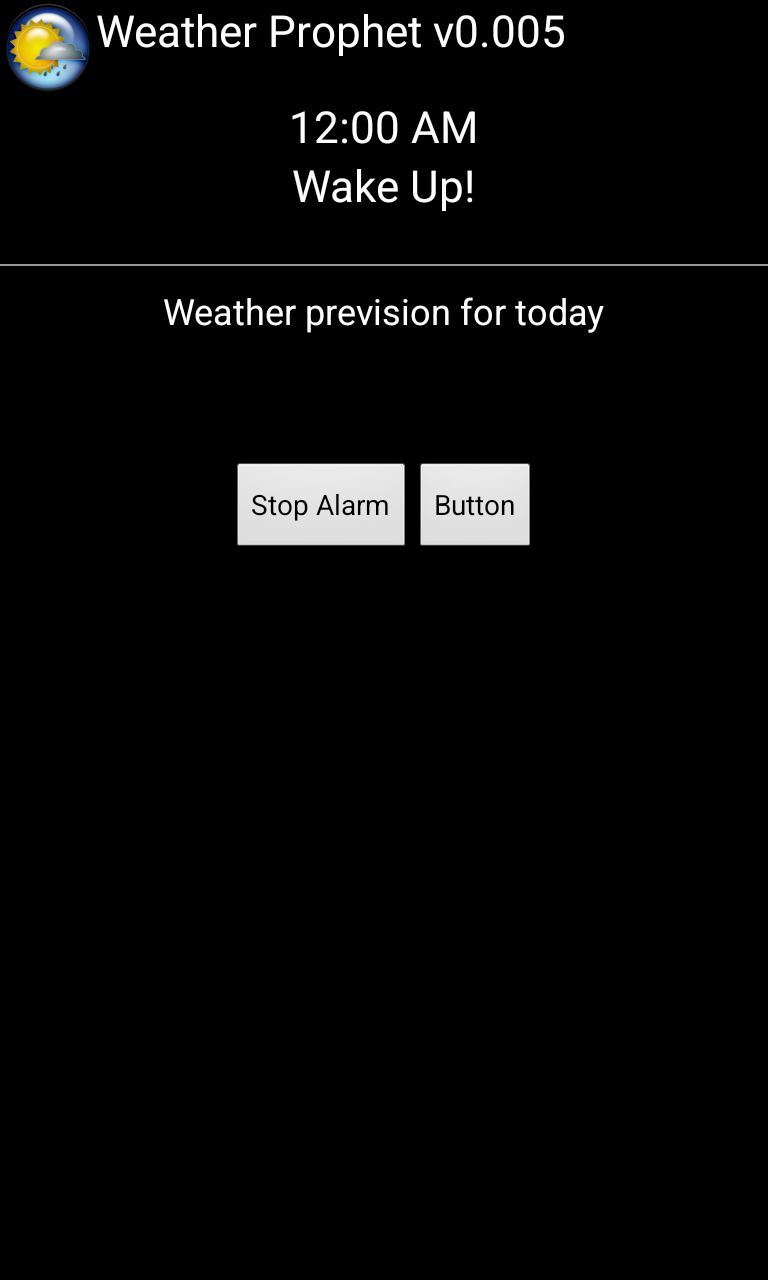
Repository: kaleidos/Weather-Prophet
Layout: android/WeatherProphet/res/layout/showalarm.xml
These files come from the project's save history. The layout is drawn as it stood at one moment and after the next save; the edit follows.
It is drawn on a 768 x 1280 px phone screen (xhdpi) without system bars, with theme android:Theme; the app's code is not run.

Above is the layout before, as saved 2011-12-16 09:14:07.

### android/WeatherProphet/res/layout/showalarm.xml
<?xml version="1.0" encoding="utf-8"?>
<LinearLayout xmlns:android="http://schemas.android.com/apk/res/android"
    android:layout_width="fill_parent"
    android:layout_height="fill_parent"
    android:gravity="center_horizontal"
    android:orientation="vertical" >

    <LinearLayout
        android:layout_width="fill_parent"
        android:layout_height="wrap_content"
        android:gravity="fill_horizontal" >

        <ImageView
            android:id="@+id/imageView1"
            android:layout_width="wrap_content"
            android:layout_height="wrap_content"
            android:src="@drawable/ic_weather_prophet"
            android:textAppearance="?android:attr/textAppearanceMedium" />

        <TextView
            android:layout_width="fill_parent"
            android:layout_height="wrap_content"
            android:text="@string/hello"
            android:textAppearance="?android:attr/textAppearanceLarge" />
    </LinearLayout>

    <DigitalClock
        android:id="@+id/digitalClock1"
        android:layout_width="wrap_content"
        android:layout_height="wrap_content"
        android:text="DigitalClock"
        android:textAppearance="?android:attr/textAppearanceLarge" />

    <TextView
        android:id="@+id/textView1"
        android:layout_width="wrap_content"
        android:layout_height="wrap_content"
        android:text="@string/wake_up"
        android:textAppearance="?android:attr/textAppearanceLarge" />

    <ImageView
        android:id="@+id/imageView1"
        android:layout_width="fill_parent"
        android:layout_height="1dp"
        android:layout_marginBottom="10dp"
        android:layout_marginTop="25dp"
        android:background="#999999" />

    <TextView
        android:id="@+id/textView2"
        android:layout_width="wrap_content"
        android:layout_height="wrap_content"
        android:text="@string/prevision"
        android:textAppearance="?android:attr/textAppearanceMedium" />

    <TextView
        android:id="@+id/txtPrevisionPretty"
        android:layout_width="wrap_content"
        android:layout_height="wrap_content"
        android:text=""
        android:textAppearance="?android:attr/textAppearanceSmall" />

    <TextView
        android:id="@+id/txtPrevisionProb"
        android:layout_width="wrap_content"
        android:layout_height="wrap_content"
        android:text=""
        android:textAppearance="?android:attr/textAppearanceSmall" />

    <LinearLayout
        android:id="@+id/linearLayout1"
        android:layout_width="fill_parent"
        android:layout_height="wrap_content"
        android:layout_marginTop="25dp"
        android:gravity="center_horizontal" >

        <Button
            android:id="@+id/button1"
            android:layout_width="wrap_content"
            android:layout_height="wrap_content"
            android:onClick="stopAlarm"
            android:text="@string/stop_alarm" />

        <Button
            android:id="@+id/button2"
            android:layout_width="wrap_content"
            android:layout_height="wrap_content"
            android:onClick="snooze"
            android:text="Button" />

    </LinearLayout>

</LinearLayout>

### android/WeatherProphet/res/values/strings.xml
<?xml version="1.0" encoding="utf-8"?>
<resources>

    <string name="hello">Weather Prophet v0.005</string>
    <string name="app_name">WeatherProphet</string>
    <string name="wake_up">Wake Up!</string>
    <string name="stop_alarm">Stop Alarm</string>
    <string name="base_hour">Set your wake up hour</string>
    <string name="time_offset">Set offset</string>
    <string name="minutes">5</string>
    <string name="activate">Activate Wake Up Call</string>
    <string name="save">Save Preferences</string>
    <string name="notification">Show notification icon</string>
    <string name="login">Log In</string>
    <string name="username">User name</string>
    <string name="password">Password</string>
    <string name="submit">Submit</string>
    <string name="rainalarm">Rain Alarm</string>
    <string name="activaterainalarm">Activate Rain Alarm</string>
    <string name="ifrain">If rain probability is higer than</string>
    <string name="wakeme">Wake me earlier</string>
    <string name="morning">Morning</string>
    <string name="evening">Evening</string>
    <string name="night">Night</string>
    <string name="sendmail">Send me an email the day before</string>
    <string name="prevision">Weather prevision for today</string>
    <string name="wipe">Wipe settings from the device</string>
    <string name="about">About</string>
    <string name="web">http://weatherprophet.kaleidos.net</string>
    <string name="close">Close</string>
    <string name="kaleidos">A creation from Kaleidos</string>
    <string name="weatherprophet">Weather Prophet</string>
    <string name="version">v0.005</string>
    <string name="kaleidos_web">http://kaleidos.net</string>
    <string name="snooze">10 more minutes...</string>

</resources>

After the next save:
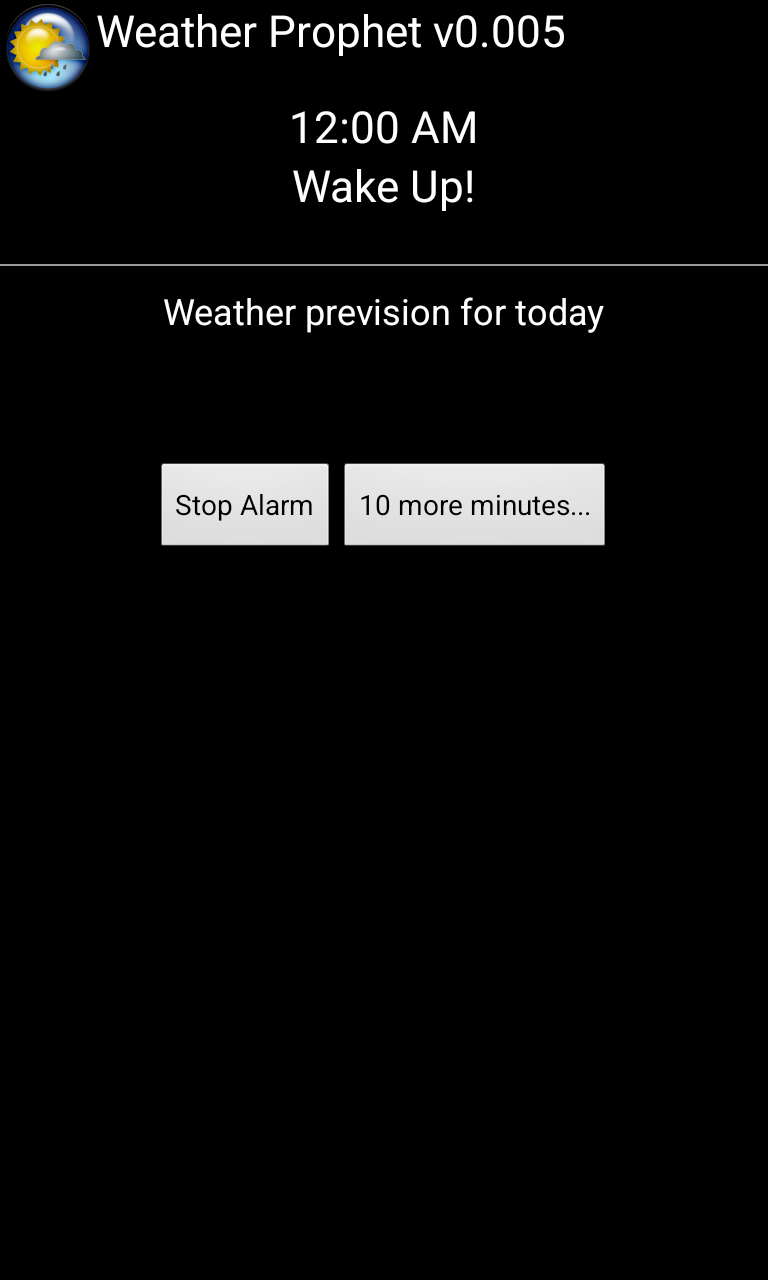
Saved 18 s later.
--- a/android/WeatherProphet/res/layout/showalarm.xml
+++ b/android/WeatherProphet/res/layout/showalarm.xml
@@ -86,7 +86,7 @@
             android:layout_width="wrap_content"
             android:layout_height="wrap_content"
             android:onClick="snooze"
-            android:text="Button" />
+            android:text="@string/snooze" />
 
     </LinearLayout>
 
